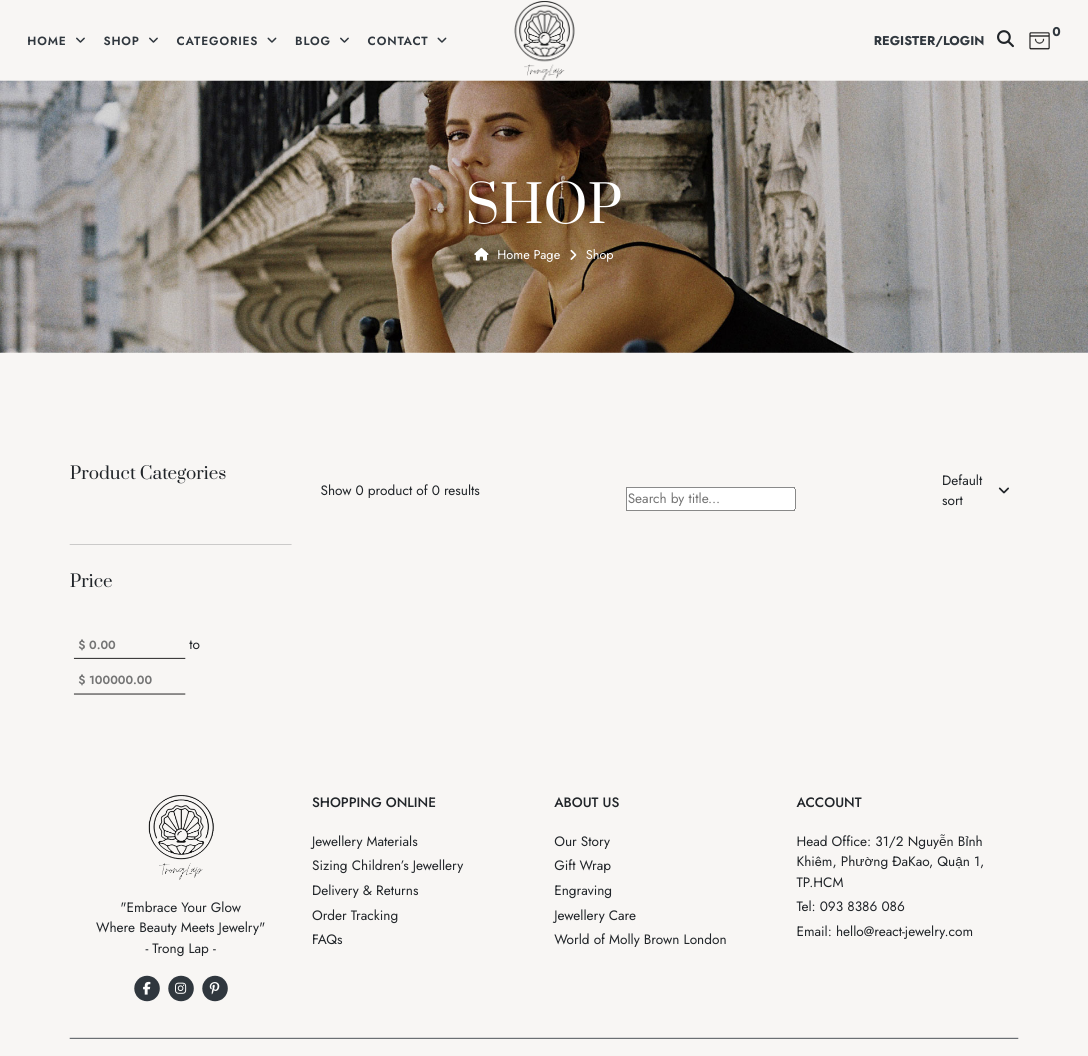
Repository: tronglap/react-jewelry
Page: /list-product
An editor plug-in stored every save of this project. The page is shown before and after the next save, followed by the edit.
The browser window is 1280 px wide. The pictures show the whole page, at 85% of full size.
The page's requests for data from a server got no answer. The project was rebuilt for these pictures with package versions that can differ from the ones it lists, and the page was loaded fresh each time. No one was signed in, and anything a server would have sent is missing. Also part of the build but not shown: src/component/Button/Button.css, src/component/Button/Button.js, src/component/SliderBar/SliderBar.css, src/component/SliderBar/SliderBar.js, src/component/Home/WWD/WWD.css, src/component/Home/WWD/WWD.js, src/component/Home/Home.css, src/component/Home/Categories/Categories.js and 14 more.

Above is the page before, as saved 2024-03-26 18:53:25.

After the next save:
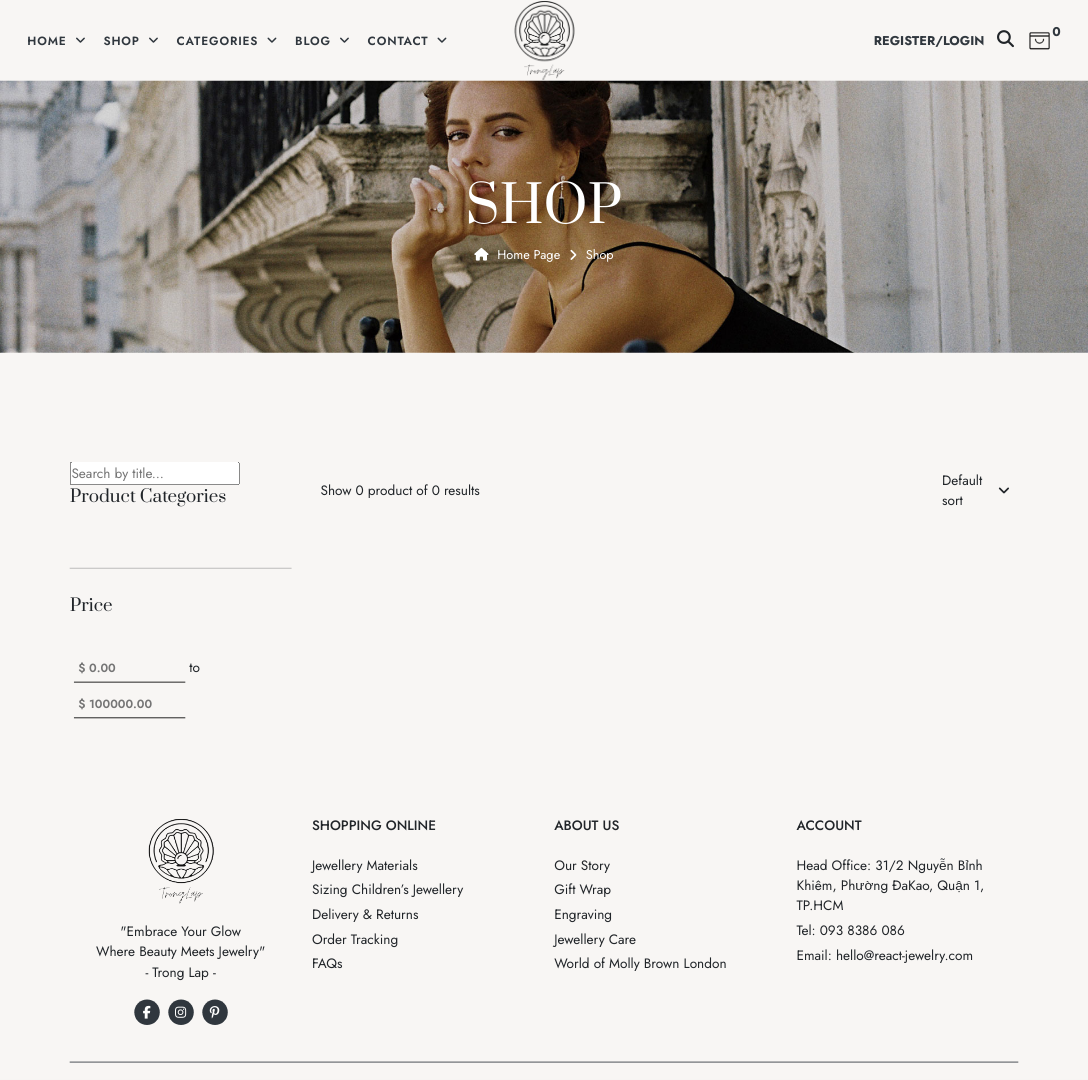
Saved 4 min 27 s later.
--- a/src/component/ListProduct/ListProduct.js
+++ b/src/component/ListProduct/ListProduct.js
@@ -87,6 +87,14 @@ const ListProduct = () => {
         <Container>
           <Row>
             <Col lg={3}>
+              <div className="filterbyname">
+                <input
+                  type="text"
+                  placeholder="Search by title..."
+                  value={filterKeyword}
+                  onChange={(e) => setFilterKeyword(e.target.value)}
+                />
+              </div>
               <div className="Product_Categories">Product Categories</div>
               <div className="Categories">
                 {categories.map((ct) => (
@@ -125,12 +133,6 @@ const ListProduct = () => {
                       Show {productFilter.length} product of {products.length}{" "}
                       results
                     </div>
-                    <input
-                      type="text"
-                      placeholder="Search by title..."
-                      value={filterKeyword}
-                      onChange={(e) => setFilterKeyword(e.target.value)}
-                    />
                     <div className="sort" onClick={handleSortClick}>
                       <p>Default sort</p>
                       <i className="fa-solid fa-angle-down"></i>
